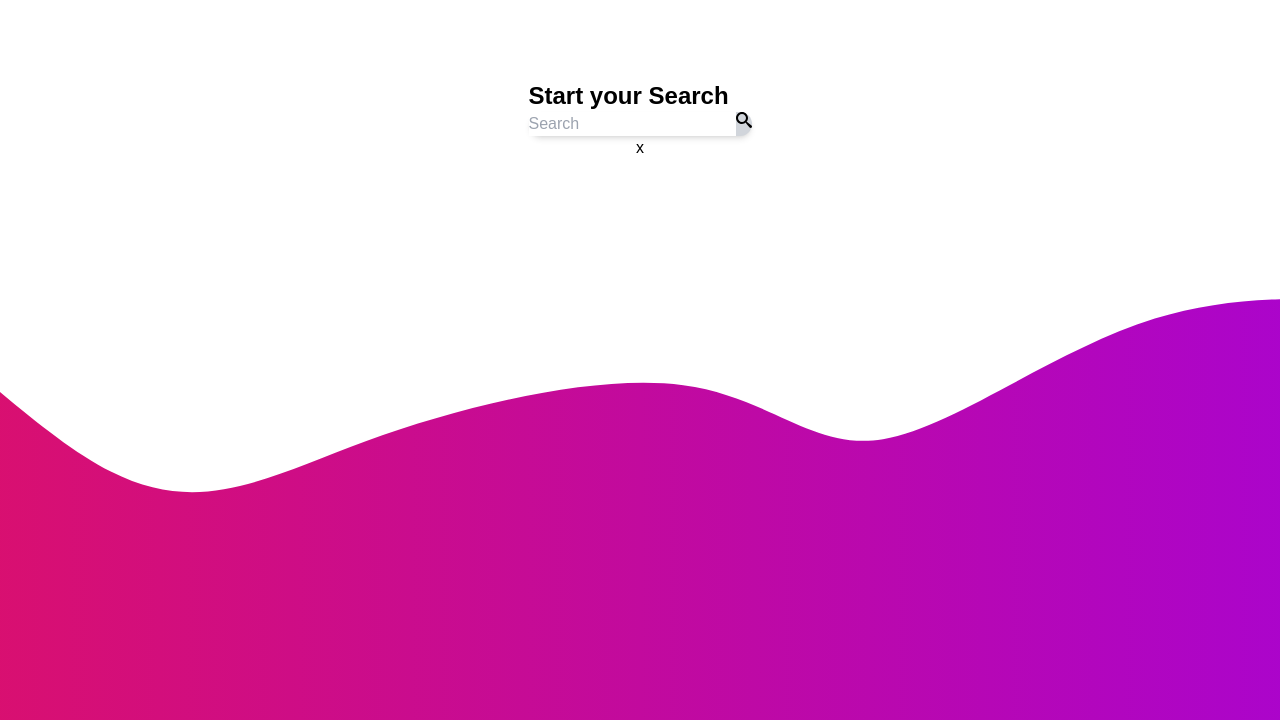
Repository: evergreenx/dictionary-octo
Page: /
The author's editor kept a copy of each file at every save. The page is drawn from the files as they stood at one save, then again after a run of saves.
The browser window is 1280 px wide. The pictures show the whole page.
The project was rebuilt for these pictures with package versions that can differ from the ones it lists, and the page was loaded fresh each time. The framework's server and built-in components were replaced by stand-ins that run in the browser. Also part of the build but not shown: next.config.js.

Above is the page before, as saved 2022-04-30 14:54:40.

### pages/index.js
import Head from "next/head";
import Image from "next/image";
import bgimage from "../public/bg.svg";

import { ImSearch } from "react-icons/im";

export default function Home() {
  return (
    <div>
      <Head>
        <title>Create Next App</title>
        <meta name="description" content="Generated by create next app" />
        <link rel="icon" href="/favicon.ico" />
      </Head>

      <main className=" flex flex-col justify-center items-center py-20">
        <div className="input--container">
          <h1 className="text-2xl font-bold">Start your Search</h1>

          <div className="flex bg-gray-300 shadow-md rounded-full ">
            <input className="input--text" type="text" placeholder="Search" />

            <ImSearch />
          </div>
        </div>
        x{" "}
      </main>
    </div>
  );
}

### styles/globals.css
@tailwind base;
@tailwind components;
@tailwind utilities;

@import url("https://fonts.googleapis.com/css2?family=Quicksand&display=swap");

body {
  padding: 0;
  margin: 0;
  font-family: "Quicksand", sans-serif;
  background-image: url("../public/bg.svg");
  background-repeat: no-repeat;
  background-size: cover;
  background-position: bottom;
  height: 100vh;
  font-family: 'Quicksand', sans-serif;
}

a {
  color: inherit;
  text-decoration: none;
}

* {
  box-sizing: border-box;
}

Loaded but not shown: pages/_app.js (common file); tailwind.config.js (common file)

After the next 2 saves:
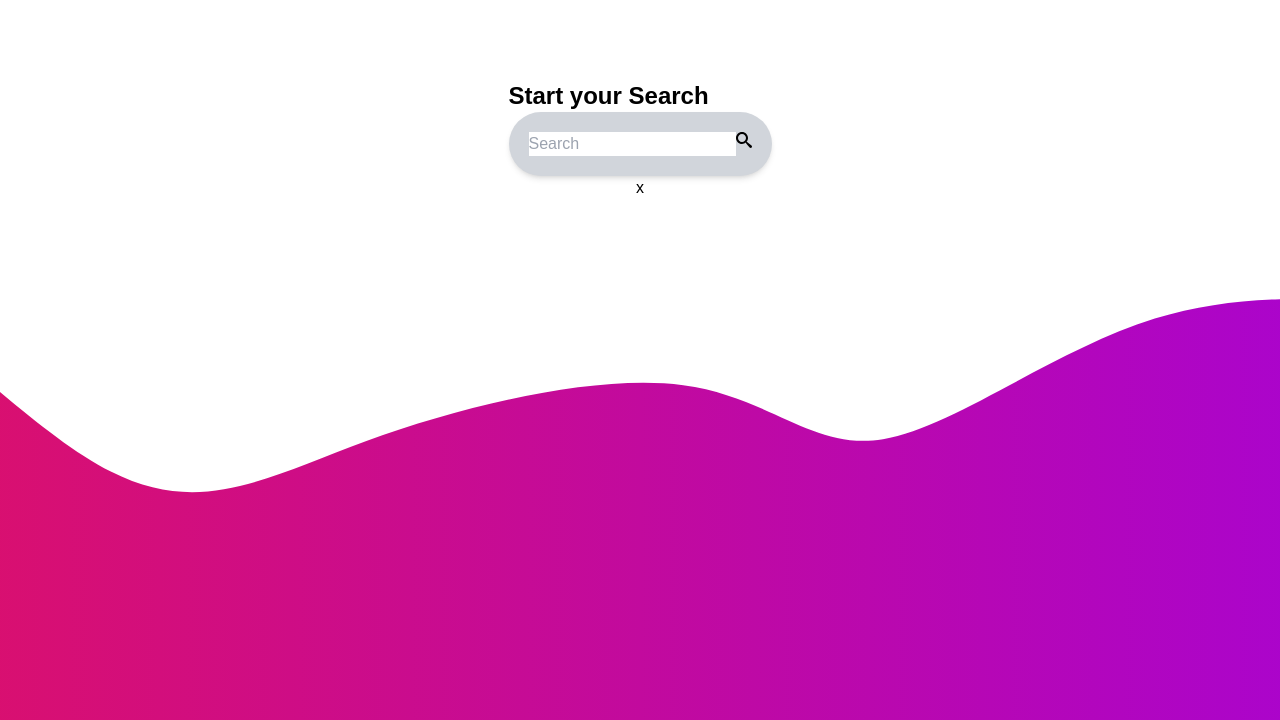
The 2 saves are shown as one change because they came seconds apart.
The last was saved 10 s later.
--- a/pages/index.js
+++ b/pages/index.js
@@ -17,7 +17,7 @@ export default function Home() {
         <div className="input--container">
           <h1 className="text-2xl font-bold">Start your Search</h1>
 
-          <div className="flex bg-gray-300 shadow-md rounded-full ">
+          <div className="flex bg-gray-300 shadow-md rounded-full p-5 ">
             <input className="input--text" type="text" placeholder="Search" />
 
             <ImSearch />
